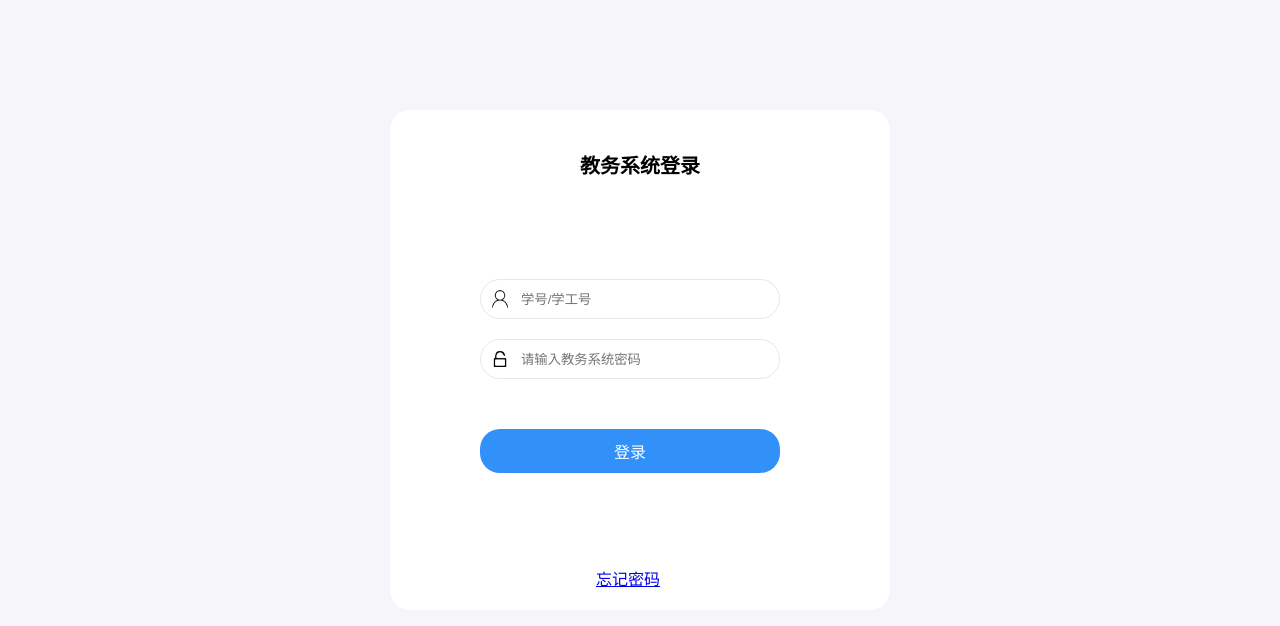
Repository: yangziteng/System
Page: / (app in myreact/)
The author's editor kept a copy of each file at every save. The page is drawn from the files as they stood at one save, then again after the next save.
The browser window is 1280 px wide. The pictures show the whole page.
The project was rebuilt for these pictures with package versions that can differ from the ones it lists, and the page was loaded fresh each time. Also part of the build but not shown: myreact/vite.config.js, myreact/src/App.css, myreact/src/App.jsx, myreact/src/log.jsx.

Above is the page before, as saved 2022-07-08 15:03:13.

After the next save:
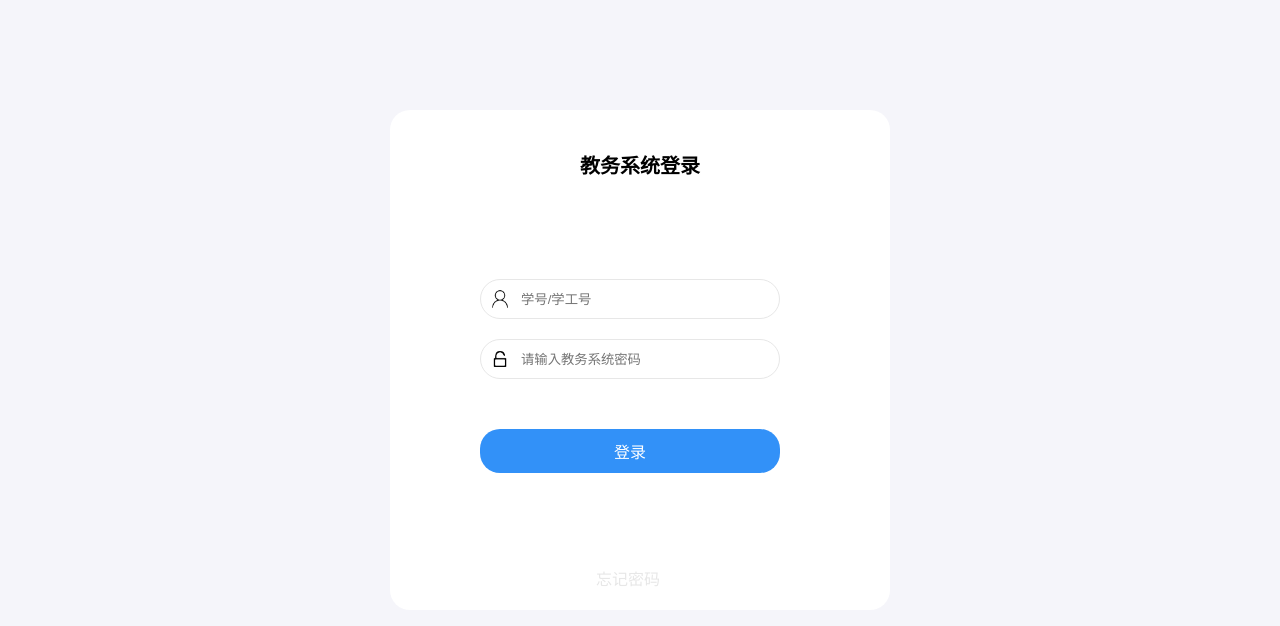
Saved 65 s later.
--- a/myreact/src/pages/Login/Login.css
+++ b/myreact/src/pages/Login/Login.css
@@ -75,3 +75,7 @@
     left:50%;
     margin-left:-44px
 }
+a{
+    text-decoration: none;
+    color:#e7e7e7
+}
